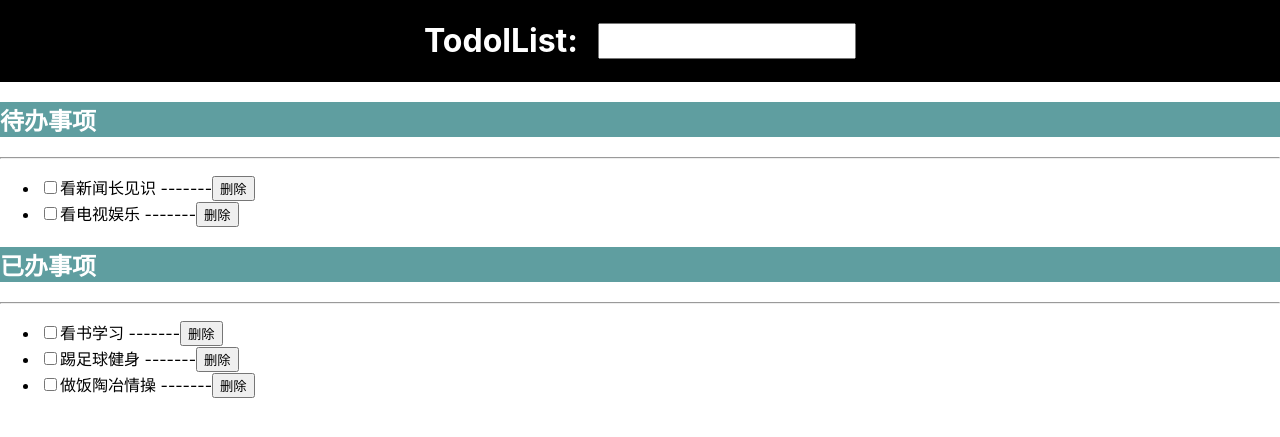
Repository: zhenzhen-gong/react-learning
Page: /user/set
These files come from the project's save history. The page is drawn as it stood at one moment and after the next save; the edit follows.
The browser window is 1280 px wide. The pictures show the whole page.
The project was rebuilt for these pictures with package versions that can differ from the ones it lists, and the page was loaded fresh each time.

Above is the page before, as saved 2021-04-16 22:24:51.

After the next save:
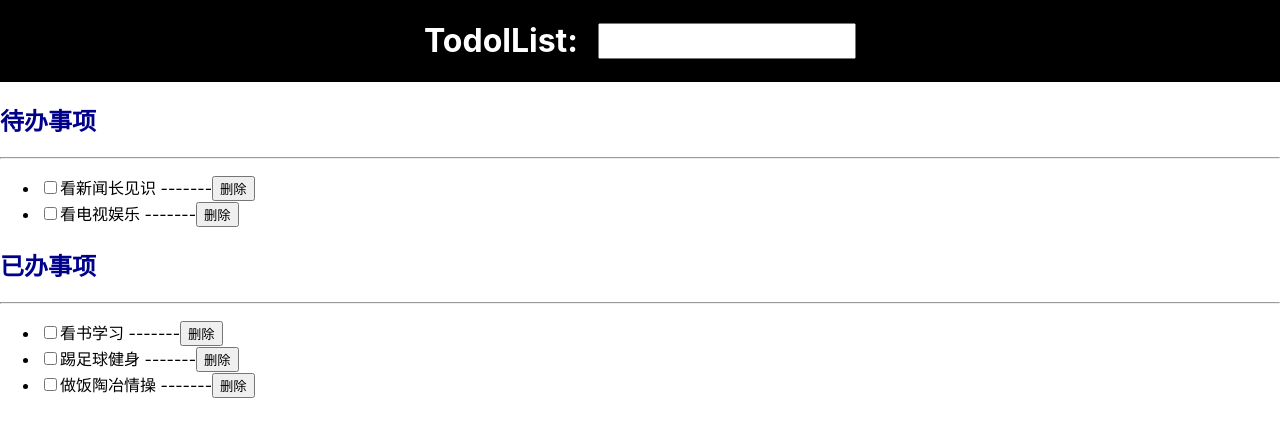
Saved 11 min 6 s later.
--- a/src/component/todolList/todolList.less
+++ b/src/component/todolList/todolList.less
@@ -1,4 +1,3 @@
 h2 {
-    background-color: cadetblue;
-    color: #fff;
+    color: darkblue;
 }
